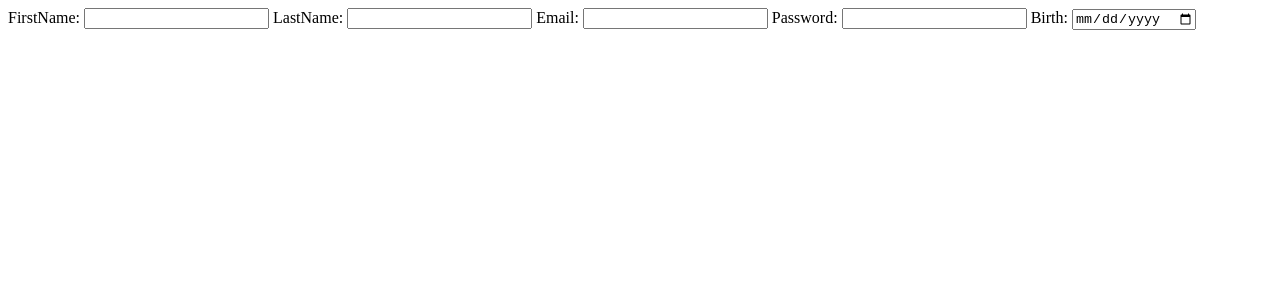
Repository: sunbeam-modular/IIT-08-B-Java
Page: http://localhost/demo02/newuser.jsp
These files come from the project's save history. The page is drawn as it stood at one moment and after the next save; the edit follows.
The browser window is 1280 px wide. The pictures show the whole page.
The page is served by Tomcat 9.

Above is the page before, as saved 2025-12-25 04:57:19.

After the next save:
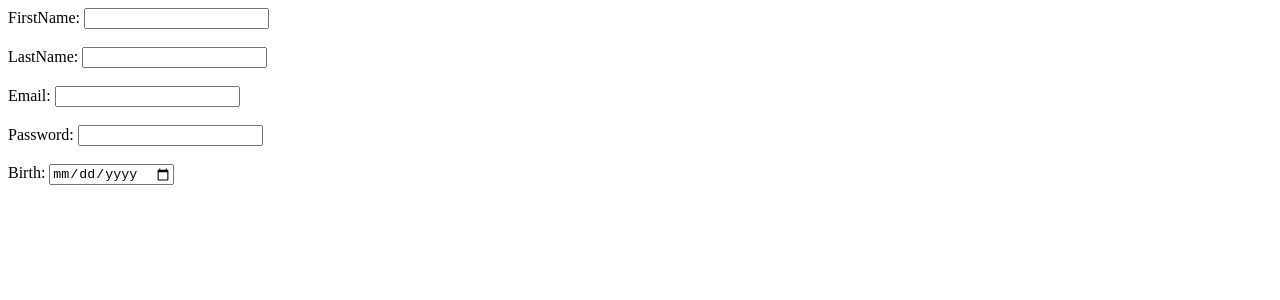
Saved 7 s later.
--- a/Day09/codes/day4/demo02/src/main/webapp/newuser.jsp
+++ b/Day09/codes/day4/demo02/src/main/webapp/newuser.jsp
@@ -8,11 +8,11 @@
 </head>
 <body>
 <form method = "post" action = "register.jsp">
-FirstName: <input type = "text" name = "fname"/>
-LastName: <input type = "text" name = "lname"/>
-Email: <input type = "text" name = "email"/>
-Password: <input type = "password" name = "passwd"/>
-Birth: <input type = "date" name = "birth"/>
+FirstName: <input type = "text" name = "fname"/><br/><br/>
+LastName: <input type = "text" name = "lname"/><br/><br/>
+Email: <input type = "text" name = "email"/><br/><br/>
+Password: <input type = "password" name = "passwd"/><br/><br/>
+Birth: <input type = "date" name = "birth"/><br/><br/>
 </form>
 </body>
 </html>
